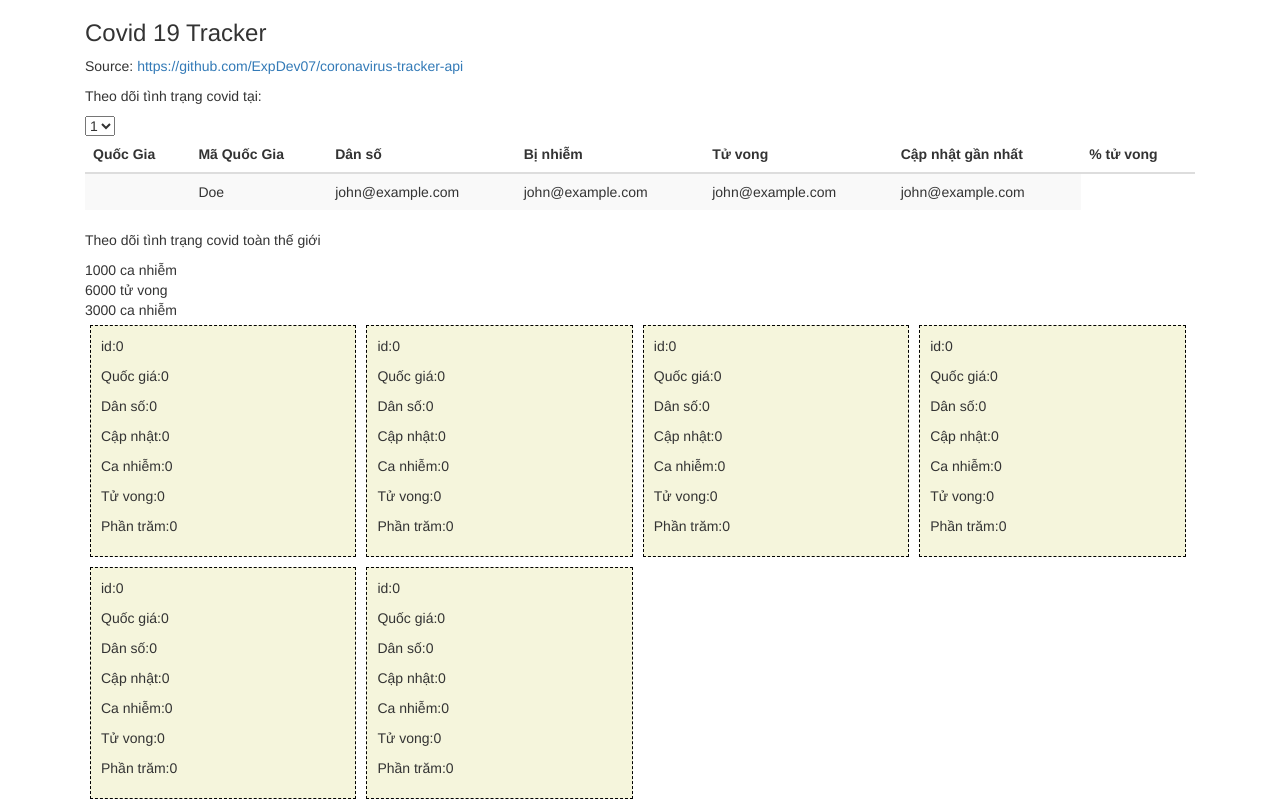
Repository: critdang/electro_store
Page: javascript_project/covid_tracker/index.html
These files come from the project's save history. The page is drawn as it stood at one moment and after the next save; the edit follows.
The browser window is 1280 px wide. The pictures show the whole page.
The page's requests for data from a server got no answer.

Above is the page before, as saved 2021-09-23 13:01:48.
Console error (its wording comes from the project's code and is left out).

### javascript_project/covid_tracker/index.html
<!DOCTYPE html>
<html lang="en">
<head>
    <meta charset="UTF-8">
    <meta name="viewport" content="width=device-width, initial-scale=1.0">
    <title>Covid Tracker</title>
        <!-- Latest compiled and minified CSS -->
    <link rel="stylesheet" href="https://maxcdn.bootstrapcdn.com/bootstrap/3.3.7/css/bootstrap.min.css" integrity="sha384-BVYiiSIFeK1dGmJRAkycuHAHRg32OmUcww7on3RYdg4Va+PmSTsz/K68vbdEjh4u" crossorigin="anonymous">

    <!-- Optional theme -->
    <link rel="stylesheet" href="https://maxcdn.bootstrapcdn.com/bootstrap/3.3.7/css/bootstrap-theme.min.css" integrity="sha384-rHyoN1iRsVXV4nD0JutlnGaslCJuC7uwjduW9SVrLvRYooPp2bWYgmgJQIXwl/Sp" crossorigin="anonymous">

    <style type="text/css">
        ul.list_world{
            padding: 0;
            margin: 0;
            list-style: none;
        }
        ul.list_world li{
            border: 1px dashed #000;
            width: 24%;
            padding: 10px;
            margin: 5px;
            background: beige;
            float: left;
        }
    </style>

</head>
<body>
    <div class ="container">
        <div class="col-md-12">
            <h3>Covid 19 Tracker</h3>
            <p> Source: <a href="">https://github.com/ExpDev07/coronavirus-tracker-api</a></p>

            <p>Theo dõi tình trạng covid tại: <div id:"title"></div></p>
            <select>
                <option>1</option>
            </select>
            <table class="table table-striped">
                <thead>
                  <tr>
                    <th>Quốc Gia</th>
                    <th>Mã Quốc Gia</th>
                    <th>Dân số</th>
                    <th>Bị nhiễm</th>
                    <th>Tử vong</th>
                    <th>Cập nhật gần nhất</th>
                    <th>% tử vong</th>

                  </tr>
                </thead>
                <tbody>
                  <tr>
                    <td><div id="quocgia"></div></td>
                    <td>Doe</td>
                    <td>john@example.com</td>
                    <td>john@example.com</td>
                    <td>john@example.com</td>
                    <td>john@example.com</td>
                  </tr>
                  <tr>
                  </tr>
                </tbody>
              </table>
              <!---world-->
              <p>Theo dõi tình trạng covid toàn thế giới</p>
              <div id="total" >1000 ca nhiễm</div>
              <div id="total_tuvong" >6000 tử vong</div>
              <div id="total_phuchoi" >3000 ca nhiễm</div>
              <ul class="list_world">
                <li>
                    <p> id:0</p>
                    <p> Quốc giá:0</p>
                    <p> Dân số:0</p>
                    <p> Cập nhật:0</p>
                    <p> Ca nhiễm:0</p>
                    <p> Tử vong:0</p>
                    <p> Phần trăm:0</p>
                </li>
                <li>
                    <p> id:0</p>
                    <p> Quốc giá:0</p>
                    <p> Dân số:0</p>
                    <p> Cập nhật:0</p>
                    <p> Ca nhiễm:0</p>
                    <p> Tử vong:0</p>
                    <p> Phần trăm:0</p>
                </li>
                <li>
                    <p> id:0</p>
                    <p> Quốc giá:0</p>
                    <p> Dân số:0</p>
                    <p> Cập nhật:0</p>
                    <p> Ca nhiễm:0</p>
                    <p> Tử vong:0</p>
                    <p> Phần trăm:0</p>
                </li>
                <li>
                    <p> id:0</p>
                    <p> Quốc giá:0</p>
                    <p> Dân số:0</p>
                    <p> Cập nhật:0</p>
                    <p> Ca nhiễm:0</p>
                    <p> Tử vong:0</p>
                    <p> Phần trăm:0</p>
                </li>
                <li>
                    <p> id:0</p>
                    <p> Quốc giá:0</p>
                    <p> Dân số:0</p>
                    <p> Cập nhật:0</p>
                    <p> Ca nhiễm:0</p>
                    <p> Tử vong:0</p>
                    <p> Phần trăm:0</p>
                </li>
                <li>
                    <p> id:0</p>
                    <p> Quốc giá:0</p>
                    <p> Dân số:0</p>
                    <p> Cập nhật:0</p>
                    <p> Ca nhiễm:0</p>
                    <p> Tử vong:0</p>
                    <p> Phần trăm:0</p>
                </li>
              </ul>
        </div>
    </div>
</body>
<!-- Latest compiled and minified JavaScript -->
<script src="https://maxcdn.bootstrapcdn.com/bootstrap/3.3.7/js/bootstrap.min.js" integrity="sha384-Tc5IQib027qvyjSMfHjOMaLkfuWVxZxUPnCJA7l2mCWNIpG9mGCD8wGNIcPD7Txa" crossorigin="anonymous"></script>
<script type="text/javascript" src="app.js"></script>
<!--  phải để dưới body vì chạy cấu trúc DOM trước -->
</html>

### javascript_project/covid_tracker/app.js
getCovidWorld();
getCovidCountry();
function getCovidWorld(){
    fetch('https://coronavirus-tracker-api.herokuapp.com/v2/locations/274')
        .then(res => res.json())//trả về API kiểu json
        .then(data => {
            let id = data.location.id;
            let quocgia = data.location.country;
            document.getElementById('quocgia').innerHTML = quocgia.toLocaleString("en");// hiện thị kiểu tiếng anh
        });//data
}
function getCovidCountry(){

}

After the next save:
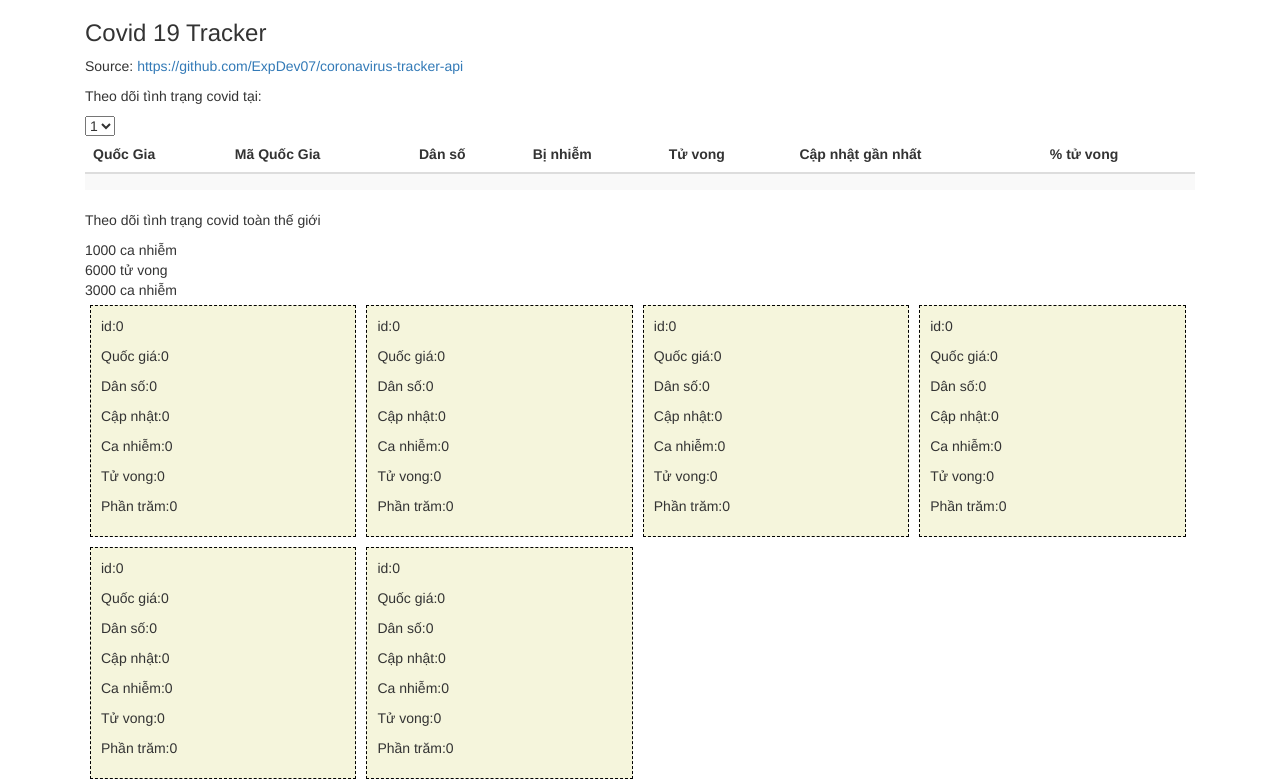
Saved 5 min 42 s later.
--- a/javascript_project/covid_tracker/index.html
+++ b/javascript_project/covid_tracker/index.html
@@ -53,11 +53,12 @@
                 <tbody>
                   <tr>
                     <td><div id="quocgia"></div></td>
-                    <td>Doe</td>
-                    <td>john@example.com</td>
-                    <td>john@example.com</td>
-                    <td>john@example.com</td>
-                    <td>john@example.com</td>
+                    <td><div id="code"></div></td>
+                    <td><div id="danso"></div></td>
+                    <td><div id="binhiem"></div></td>
+                    <td><div id="tuvong"></div></td>
+                    <td><div id="capnhat"></div></td>
+                    <td><div id="phantram"></div></td>
                   </tr>
                   <tr>
                   </tr>
